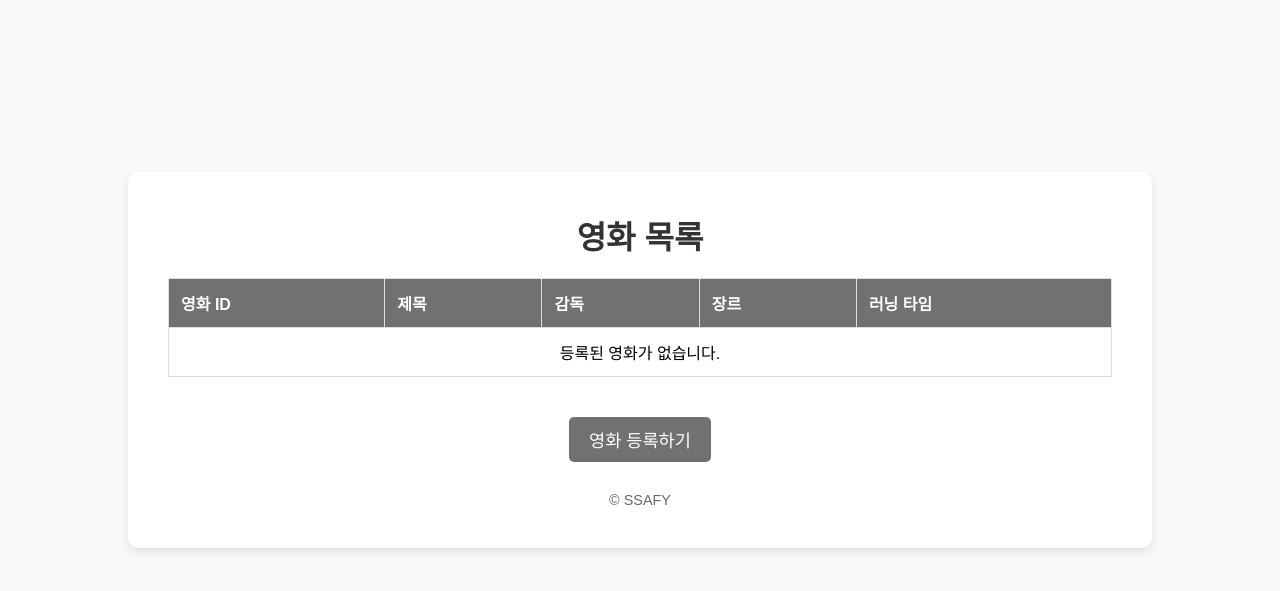
Repository: s00ngle/SSAFY-BE
Page: http://localhost/back_db_ws_10_2/list.jsp
These files come from the project's save history. The page is drawn as it stood at one moment and after the next save; the edit follows.
The browser window is 1280 px wide. The pictures show the whole page.
The page is served by Tomcat 10. The template is opened directly, without the code that normally fills it, so the values that code supplies are empty.

Above is the page before, as saved 2024-09-25 05:45:37.

After the next save:
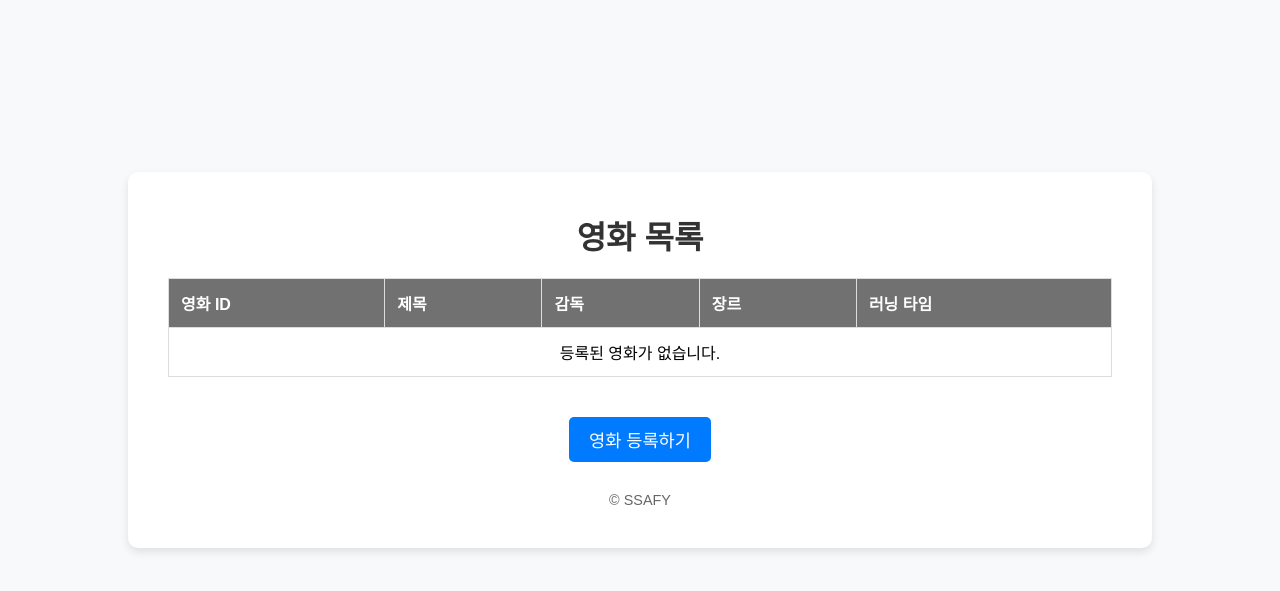
Saved 9 s later.
--- a/back_db_ws_10_2/src/main/webapp/list.jsp
+++ b/back_db_ws_10_2/src/main/webapp/list.jsp
@@ -64,7 +64,7 @@
             display: inline-block;
             text-decoration: none;
             padding: 10px 20px;
-            background-color: #717171;
+            background-color: #007BFF;
             color: #fff;
             border-radius: 5px;
             font-size: 1.1em;
